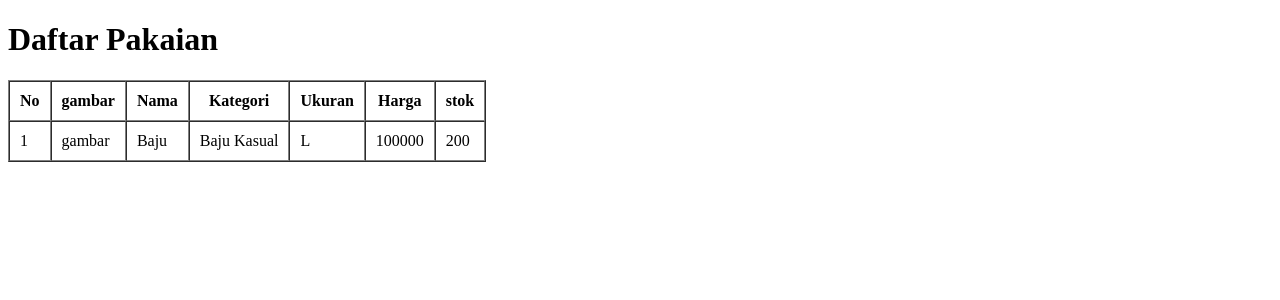
Repository: NovianRI/NovianRI.github.io
Page: http://localhost/
The author's editor kept a copy of each file at every save. The page is drawn from the files as they stood at one save, then again after the next save.
The browser window is 1280 px wide. The pictures show the whole page.
The page is run by PHP 8.4 with error messages shown; the project is at /var/www/html/.

Above is the page before, as saved 2024-01-16 21:24:31.

### index.php
<!DOCTYPE html>
<html lang="en">
<head>
    <meta charset="UTF-8">
    <meta name="viewport" content="width=device-width, initial-scale=1.0">
    <title>Toko Pakaian</title>
</head>
<body>

    <h1>Daftar Pakaian</h1>

    <table border="1" cellpadding="10" cellspacing="0">
        <tr>
            <th>No</th>
            <th>gambar</th>
            <th>Nama</th>
            <th>Kategori</th>
            <th>Ukuran</th>
            <th>Harga</th>
            <th>stok</th>
        </tr>
            <td>1</td>
            <td>gambar</td>
            <td>Baju</td>
            <td>Baju Kasual</td>
            <td>L</td>
            <td>100000</td>
            <td>200</td>

    </table>

</body>
</html>

After the next save:
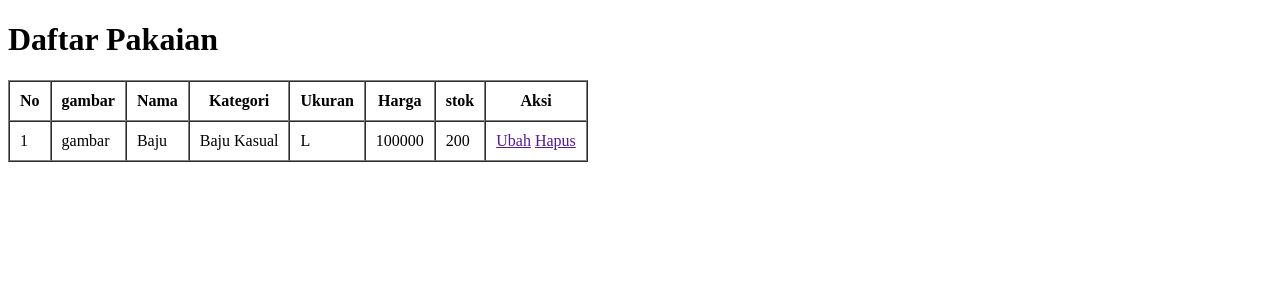
Saved 4 min 55 s later.
--- a/index.php
+++ b/index.php
@@ -18,6 +18,7 @@
             <th>Ukuran</th>
             <th>Harga</th>
             <th>stok</th>
+            <th>Aksi</th>
         </tr>
             <td>1</td>
             <td>gambar</td>
@@ -26,6 +27,10 @@
             <td>L</td>
             <td>100000</td>
             <td>200</td>
+            <td>
+                <a href="">Ubah</a>
+                <a href="">Hapus</a>
+            </td>
 
     </table>
 
